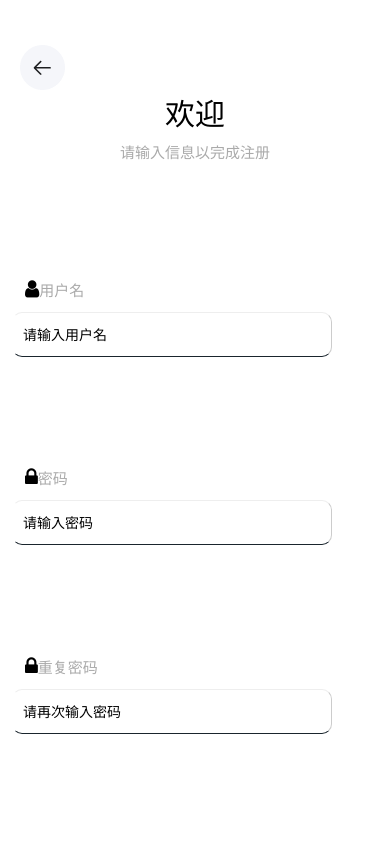
Repository: eyebone/barManager
Screen: /sign
These files come from the project's save history. The screen is drawn as it stood at one moment and after a run of saves; the edit follows.
The app was drawn by React Native's web renderer in a window 390 px wide. The project was rebuilt for these pictures with package versions that can differ from the ones it lists, and the page was loaded fresh each time. Some packages were replaced by stand-ins written for this rebuild. Also part of the build but not shown: components/EmojiPicker.js, components/Button.js, components/ImageViewer.js, components/circleButton.js, components/IconButton.js, view/ViewOne.js, view/Main.js.

Above is the screen before, as saved 2023-06-26 16:46:48.

### App.js
// In App.js in a new project

import * as React from "react";
import { Button, View, Text, StyleSheet, Pressable, Alert } from "react-native";
// import React-native from 'react-native';
import { NavigationContainer } from "@react-navigation/native";
import { createNativeStackNavigator } from "@react-navigation/native-stack";
import { ViewOne } from "./view/ViewOne";
import { SignView } from "./view/Sign";
import { LinearGradient } from "expo-linear-gradient";
import FontAwesome from "react-native-vector-icons/FontAwesome";
import { MainView } from "./view/Main";

function HomeScreen({ navigation }) {
  return (
    <View style={styles.container}>
      <LinearGradient
        start={{ x: 0, y: 0 }}
        end={{ x: 1, y: 1 }}
        colors={["#5c0b82", "#480965", "#190641", "#070320", "#000000"]}
        style={styles.linearGradient}
      >
        <Text>Home Screen</Text>
        <Pressable
          style={(styles.button, { backgroundColor: "#faf2de" })}
          onPress={() => navigation.push("test")}
        >
          <FontAwesome name="home" size={26} style={{ paddingRight: 8 }} />
          <Text>go to detail</Text>
        </Pressable>

        <Button
          title="Go to Sign"
          onPress={() => navigation.navigate("sign")}
        />
        <Text style={styles.buttonText}>Sign in with Facebook</Text>
      </LinearGradient>
    </View>
  );
}

const Stack = createNativeStackNavigator();

function App() {
  return (
    <NavigationContainer style={styles.container}>
      <Stack.Navigator initialRouteName="Home">
        <Stack.Screen
          name="Home"
          component={HomeScreen}
          // options={{ title: "Overview", backgroundColor: "transparent" }}
          options={{ headerShown: false }}
        />
        <Stack.Screen name="test" component={ViewOne} />
        <Stack.Screen name="sign" component={SignView}
          options={{ headerShown: false }}
        />
        <Stack.Screen name="Main" component={MainView} />
      </Stack.Navigator>
    </NavigationContainer>
  );
}

export default App;

const styles = StyleSheet.create({
  container: {
    flex: 1,
    flexDirection: "column",
    backgroundColor: "#000000",
    //    alignItems: 'center',
  },
  linearGradient: {
    height: 740,
  },
  button: {
    borderRadius: 10,
    width: 300,
    height: 30,
    alignItems: "center",
    justifyContent: "center",
    flexDirection: "row",
  },
});

### view/Sign.js
//这是注册界面

import { StatusBar } from "expo-status-bar";
import { StyleSheet, View, Text } from "react-native";
import Button from "../components/Button";
import ImageViewer from "../components/ImageViewer";
import * as ImagePicker from "expo-image-picker";
import { useState } from "react";
const PlaceholderImage = require("../assets/images/background-image.png");
import * as React from "react";
import FontAwesome from "react-native-vector-icons/FontAwesome";
import {
  FlatList,
  Image,
  Platform,
  Pressable,
  PixelRatio,
  TextInput,
  Alert,
} from "react-native";
import { NavigationContainer } from "@react-navigation/native";
import { createNativeStackNavigator } from "@react-navigation/native-stack";
import { LinearGradient } from "expo-linear-gradient";
//import {Text } from 'react-native';

const createTwoButtonAlert = () =>
  Alert.alert("提示：", "您已注册成功！", [
    { text: "OK", onPress: () => console.log("OK Pressed") },
  ]);

export function SignView({ navigation }) {
  const [value, onChangeText] = React.useState("");

  return (
    <View style={styles.container}>
      <Pressable onPress={() => navigation.push("Home")}>
        <Image
          source={require("../assets/bar/Back.png")}
          style={{ marginLeft: 20, marginTop: 45 }}
        />
      </Pressable>

      <View style={styles.welcomeContainer}>
        <Text style={styles.welcomeText} numberOfLines={1}>
          欢迎
        </Text>
        <Text style={styles.infoText}>请输入信息以完成注册</Text>
      </View>
      <View style={styles.inputBar}>
        <FontAwesome name="user" size={20} style={{ marginLeft: 25 }}>
          <Text style={styles.smallText}>用户名</Text>
        </FontAwesome>

        <TextInput
          maxLength={40}
          onChangeText={(text) => onChangeText(text)}
          value={value}
          style={styles.input}
          placeholder="请输入用户名"
        />
      </View>
      <View style={styles.inputBar}>
        <FontAwesome name="lock" size={20} style={{ marginLeft: 25 }}>
          <Text style={styles.smallText}>密码</Text>
        </FontAwesome>
        <TextInput
          style={styles.input}
          placeholder="请输入密码"
          secureTextEntry={true}
        />
      </View>
      <View style={styles.inputBar}>
        <FontAwesome name="lock" size={20} style={{ marginLeft: 25 }}>
          <Text style={styles.smallText}>重复密码</Text>
        </FontAwesome>
        <TextInput
          style={styles.input}
          placeholder="请再次输入密码"
          secureTextEntry={true}
        />
      </View>
      {/* <View style={styles.footerContainer}>
        <Text style={styles.regText}>注册</Text>
      </View> */}
      {/* <LinearGradient
       start={{ x: 0, y: 0 }}
      end={{ x: 1, y: 1 }}
      colors={["#5c0b82", "#480965", "#190641", "#070320", "#000000"]}
      style={styles.linearGradient}></LinearGradient> */}

    </View>
  );
}

const styles = StyleSheet.create({
  container: {
    flex: 1,
    flexDirection: "column",
    backgroundColor: "#fff",
    //    alignItems: 'center',
  },
  welcomeContainer: {
    flex: 1,
    backgroundColor: "#fff",
    alignItems: "center",
    // marginTop: 60,
    height: 60,
  },
  welcomeText: {
    fontSize: PixelRatio.getFontScale() * 30,
    //    fontFamily: STKaiti,
  },
  infoText: {
    color: "#aaa",
    fontSize: PixelRatio.getFontScale() * 15,
    lineHeight: 38,
  },
  imageContainer: {
    flex: 1,
    paddingTop: 58,
  },
  smallText: {
    fontSize: PixelRatio.getFontScale() * 15,
    color: "#aaa",
    // paddingLeft: 20
  },
  footerContainer: {
    flex: 1 / 2,
    alignItems: "center",
    backgroundColor: "#500B82",
    width: 380,
    height: 57,
    bottom: 0,
    //      marginTop: 600,
    //      paddingTop: 737,
  },
  inputBar: {
    flex: 1,
    // borderBottomColor: "#000",
    // borderBottomWidth: 1,
  },
  regText: {
    fontSize: PixelRatio.getFontScale() * 24,
    color: "#fff",
    margin: 20,
  },
  input: {
    height: 45,
    margin: 12,
    borderWidth: 1,
    padding: 10,
    width: 320,
    borderRadius: 10,
    borderTopColor: "#eee",
    borderLeftColor: "#Fff",
    borderRightColor: "#ccc",
    borderBottomColor: "#1A252D",
  },
  linearGradient: {
    height: 57,
    flex: 1 / 2,
    alignItems: "center",
  },
});

After the next 2 saves:
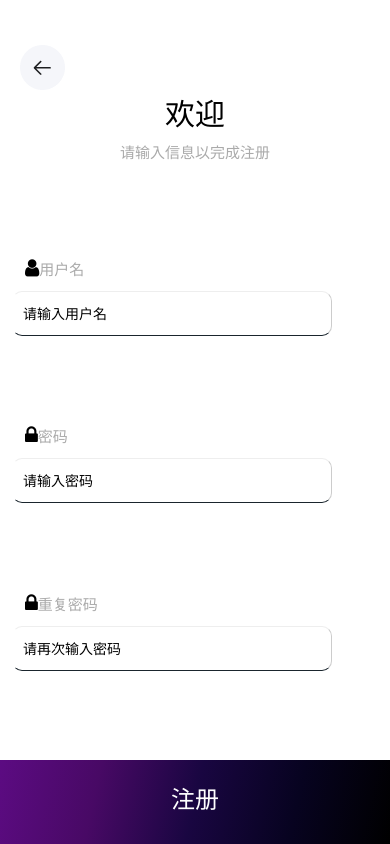
The 2 saves are shown as one change because they came seconds apart.
The last was saved 7 s later.
--- a/view/Sign.js
+++ b/view/Sign.js
@@ -82,12 +82,21 @@ export function SignView({ navigation }) {
       {/* <View style={styles.footerContainer}>
         <Text style={styles.regText}>注册</Text>
       </View> */}
-      {/* <LinearGradient
-       start={{ x: 0, y: 0 }}
-      end={{ x: 1, y: 1 }}
-      colors={["#5c0b82", "#480965", "#190641", "#070320", "#000000"]}
-      style={styles.linearGradient}></LinearGradient> */}
-
+      <LinearGradient
+        start={{ x: 0, y: 0 }}
+        end={{ x: 1, y: 1 }}
+        colors={["#5c0b82", "#480965", "#190641", "#070320", "#000000"]}
+        style={styles.linearGradient}
+      >
+        <Pressable
+          onPress={() => {
+            navigation.push("Main");
+            createTwoButtonAlert();
+          }}
+        >
+          <Text style={styles.regText}>注册</Text>
+        </Pressable>
+      </LinearGradient>
     </View>
   );
 }
